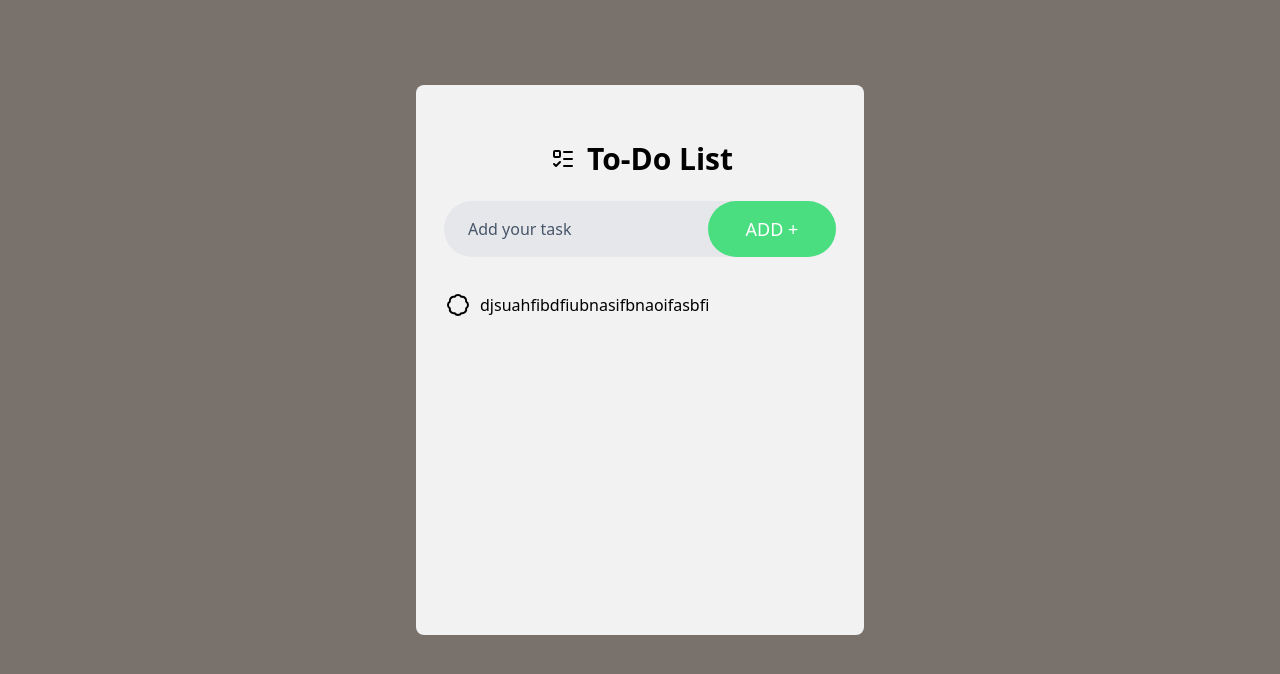
Repository: guilhermecardoso93/todolist-2025-tailwind
Page: /
An editor plug-in stored every save of this project. The page is shown before and after the next save, followed by the edit.
The browser window is 1280 px wide. The pictures show the whole page.
The project was rebuilt for these pictures with package versions that can differ from the ones it lists, and the page was loaded fresh each time. Also part of the build but not shown: vite.config.js.

Above is the page before, as saved 2024-11-07 20:13:11.

### index.html
<!doctype html>
<html lang="en">
  <head>
    <meta charset="UTF-8" />
    <meta name="viewport" content="width=device-width, initial-scale=1.0" />
    <title>ToDo List</title>
  </head>
  <body>
    <div id="root"></div>
    <script type="module" src="/src/main.jsx"></script>
  </body>
</html>

### src/App.jsx
import "./App.css";
import { ToDo } from "./components/ToDo";

export function App() {
  return (
    <div className="bg-stone-500 grid py-4 min-h-screen">
      <ToDo />
    </div>
  );
}

### src/components/ToDo.jsx
import { ListTodo } from "lucide-react";
import { Item } from "./Item";

export function ToDo() {
  return (
    <div className="bg-[#f2f2f2] place-self-center w-11/12 max-w-md flex flex-col p-7 min-h-[550px] rounded-lg gap-4">
      <div className="flex items-center mt-7 gap-2 flex flex-row justify-center">
        <ListTodo className="w-8" />
        <h1 className="text-3xl font-semibold">To-Do List</h1>
      </div>

      <div className="flex items-center my-2 bg-gray-200 rounded-full">
        <input
          type="text"
          placeholder="Add your task"
          className="bg-transparent border-0 outline-none flex-1 h-14 pl-6 pr-2 placeholder:text-slate-600"
        />
        <button className="border-none rounded-full bg-green-400 w-32 h-14 text-white text-lg font-medium cursor-pointer">
          ADD +
        </button>
      </div>
      <div className="">
        <Item />
      </div>
    </div>
  );
}

### src/components/Item.jsx
import { Badge, BadgeCheck, Trash2 } from "lucide-react";

export function Item() {
  return (
    <div className="flex items-center my-3 gap-2">
      <div className="flex flex-1 gap-2 items-center cursor-pointer">
        <Badge className="w-7"/>
        <p>djsuahfibdfiubnasifbnaoifasbfi</p>
      </div>
    </div>
  );
}

Loaded but not shown: src/main.jsx (common file); src/index.css (common file); tailwind.config.js (common file); src/App.css (no stored copy; drawn as an empty file)

After the next save:
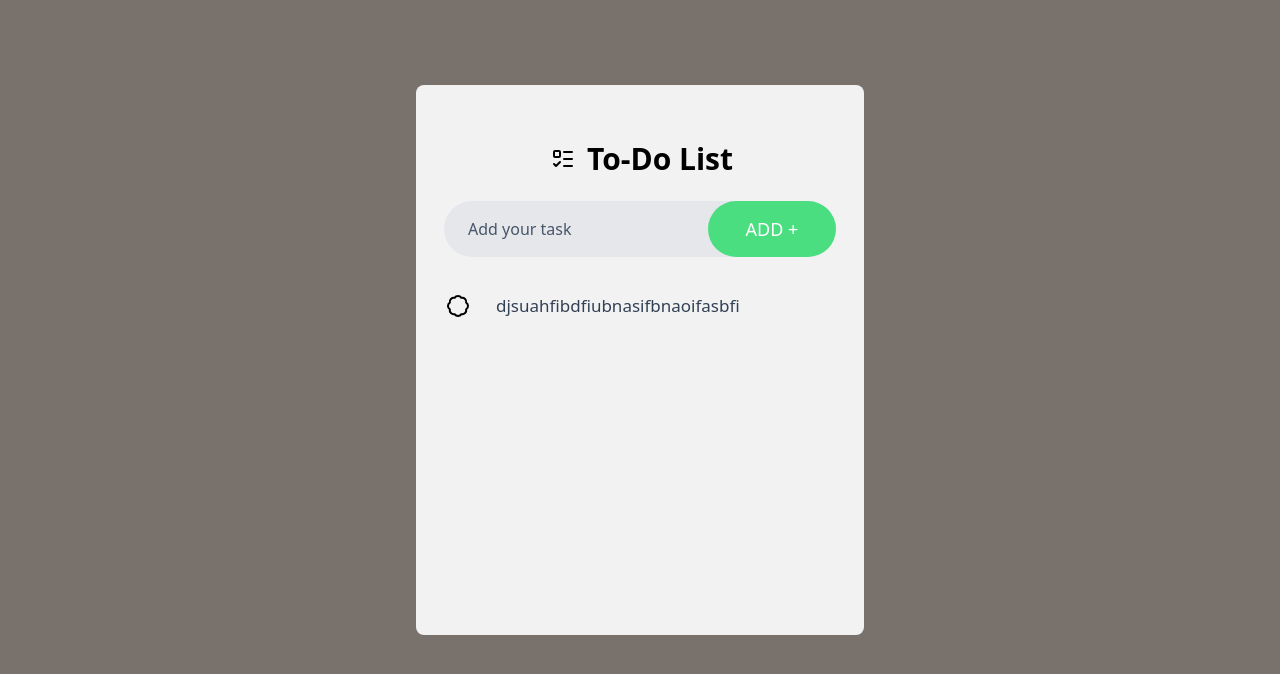
Saved 25 s later.
--- a/src/components/Item.jsx
+++ b/src/components/Item.jsx
@@ -5,7 +5,7 @@ export function Item() {
     <div className="flex items-center my-3 gap-2">
       <div className="flex flex-1 gap-2 items-center cursor-pointer">
         <Badge className="w-7"/>
-        <p>djsuahfibdfiubnasifbnaoifasbfi</p>
+        <p className="text-slate-700 ml-4 text-[17px]">djsuahfibdfiubnasifbnaoifasbfi</p>
       </div>
     </div>
   );
